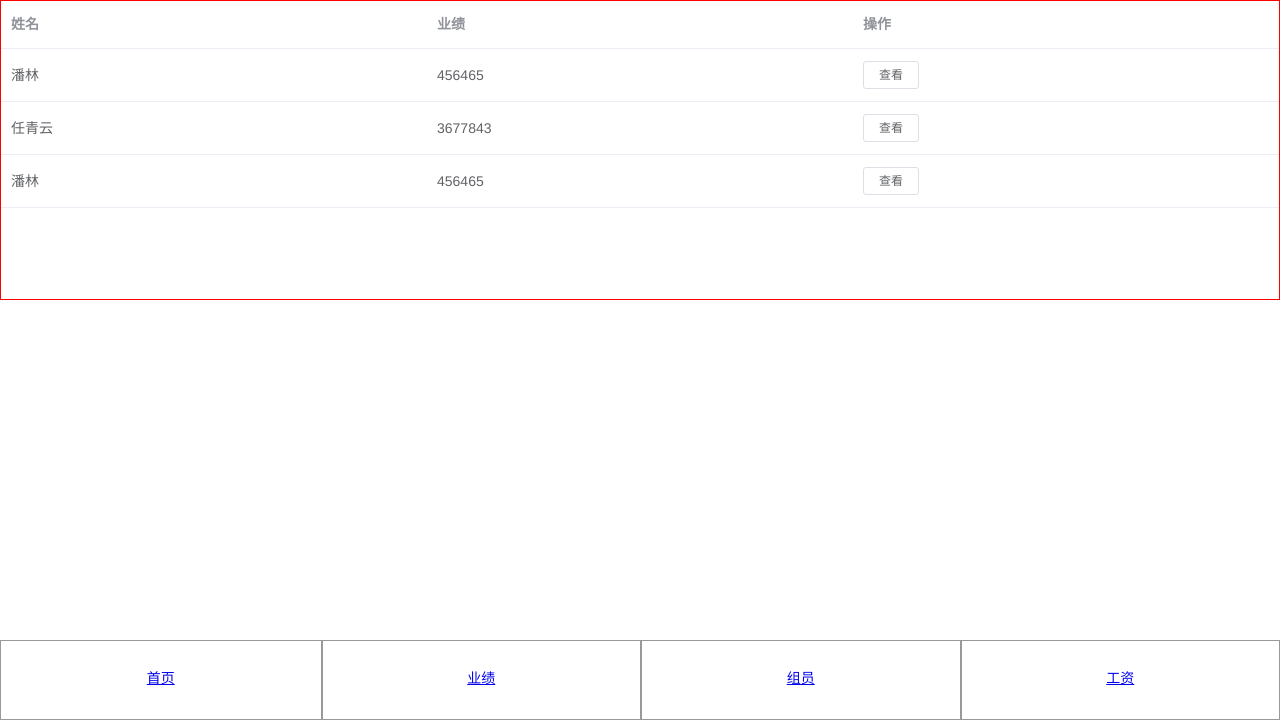
Repository: panlin520-team/lnmj-staffH5
Page: /#/performance
The author's editor kept a copy of each file at every save. The page is drawn from the files as they stood at one save, then again after a run of saves.
The browser window is 1280 px wide. The pictures show the whole page.
The project was rebuilt for these pictures with package versions that can differ from the ones it lists, and the page was loaded fresh each time. Also part of the build but not shown: src/views/Lojin.vue.

Above is the page before, as saved 2020-04-08 15:41:48.

### src/main.js
import Vue from 'vue'
import App from './App.vue'
import router from './router'
import store from './store'
import ElementUI from 'element-ui'
import '@/assets/scss/reset.less'
import 'element-ui/lib/theme-chalk/index.css';
Vue.use(ElementUI)


Vue.config.productionTip = false

new Vue({
  router,
  store,
  render: h => h(App)
}).$mount('#app')

### src/App.vue
<template>
  <div id="app">
    <router-view />
  </div>
</template>
<script>
export default {
  data() {
    return {
    };
  },
  created() {},
  methods: {
  }
};
</script>
<style lang="less">
</style>

### src/router/index.js
import Vue from 'vue'
import VueRouter from 'vue-router'
import Lojin from '../views/Lojin.vue'

Vue.use(VueRouter)

const routes = [
  //首页登录
  {
    path: '/',
    name: 'Lojin',
    component: Lojin
  },
  //首页登录
  {
    path: '/Lojin',
    name: 'Lojin',
    component: Lojin
  },
  //用户注册
  {
    path: '/register',
    name: 'Register',
    component: () => import('../views/Register.vue')
  },
  //用户忘记密码
  {
    path: '/forgetpassword',
    name: 'Forgetpassword',
    component: () => import('../views/Forgetpassword.vue')
  },
  //登录首页
  {
    path: '/homepage',
    name: 'Homepage',
    component: () => import('../views/Homepage.vue')
  },
  //业绩
  {
    path: '/performance',
    name: 'Performance',
    component: () => import('../views/Performance.vue')
  },
  //组员
  {
    path: '/crew',
    name: 'Crew',
    component: () => import('../views/Crew.vue')
  },
  //工资
  {
    path: '/salary',
    name: 'Salary',
    component: () => import('../views/Salary.vue')
  },
]

const router = new VueRouter({
  routes
})

export default router

### src/assets/scss/reset.less
* {
  margin: 0;
  padding: 0;
}

div {
  box-sizing: border-box;
  -webkit-tap-highlight-color: rgba(0, 0, 0, 0);
  // -webkit-user-select: none;
}

img {
  border: 0;
}

ul,
ol {
  list-style: none;
}

textarea {
  // 禁止调节文本域尺寸
  resize: none;
  outline-style: none;
  -webkit-appearance: none;
}

input,
button {
  outline-style: none;
  box-sizing: border-box;
  border: none;
}

// 输入框提示文本颜色设置
input::-moz-focus-inner {
  border: 0;
}

input::-webkit-input-placeholder {
  /* WebKit browsers */
  color: #BBB;
}

input::-moz-placeholder {
  /* Mozilla Firefox 19+ */
  color: #BBB;
}

input:-ms-input-placeholder {
  /* Internet Explorer 10+ */
  color: #BBB;
}

html,
body {
  width: 100%;
  height: 100%;
}

body {
  background-color: #ffffff;
  font-family: "Helvetica Neue", Helvetica, "PingFang SC", "Hiragino Sans GB", "Microsoft YaHei", "微软雅黑", Arial, sans-serif;
  font-size: 14px;
  color: #101010;
}

#app {
  position: relative;
  width: 100%;
  height: 100%;
}

// 滚动条尺寸
div::-webkit-scrollbar {
  width: 10px;
  height: 10px;
}

// 滚动条内部方块
// div::-webkit-scrollbar-thumb {
//   border-radius: 10px;
//   box-shadow: inset 0 0 5px rgba(0, 0, 0, 0.2);
//   background: #52BD3A;
// }

// 滚动条轨道
// div::-webkit-scrollbar-track {
//   box-shadow: inset 0 0 5px rgba(0, 0, 0, 0.2);
//   border-radius: 10px;
//   background: rgba(0, 0, 0, 0.1);
// }

.topBand {
  width: 100%;
  height: 80px;
  background: #23A547;
  display: flex;
  position: fixed;
  top: 0;
  left: 0;
  z-index: 100;
}

.container {
  display: flex;
  background: #ffffff;
  padding-top: 80px;
  z-index: 99;
  height: 100%;

  .aside {
    width: 200px;
    min-width: 200px;
    overflow: hidden;
    white-space: nowrap;
    text-overflow: ellipsis;
    position: fixed;
    top: 80px;
    bottom: 0;
    left: 0;
  }

  .main {
    flex: 1;

    &.active {
      padding-left: 200px;
    }
  }
}

.footer {
  height: 80px;
  background: #23A547;
}

.scrollX {
  overflow-x: auto;
  overflow-y: hidden;
}

.scrollY {
  overflow-x: hidden;
  overflow-y: auto;
  width: 100%;
}

.popPage {
  position: fixed;
  top: 0;
  left: 0;
  width: 100%;
  height: 100%;
  padding: 20px;
  z-index: 100;
  background-color: #ffffff;
}

.nowrap {
  overflow: hidden;
  white-space: nowrap;
  text-overflow: ellipsis;
}

.btn-pointer {
  cursor: pointer;
}

### src/views/Performance.vue
 <!--业绩-->
<template>
  <div class="performance">
    <div class="clienList">
      <el-table :data="tableData_enterpurchase" style="width: 100%">
        <el-table-column label="姓名">
          <template slot-scope="scope">
            <div slot="reference" class="name-wrapper">{{ scope.row.createOperator }}</div>
          </template>
        </el-table-column>
        <el-table-column label="业绩">
          <template slot-scope="scope">
            <div slot="reference" class="name-wrapper">{{ scope.row.outStorageNumber }}</div>
          </template>
        </el-table-column>
        <!-- <el-table-column label="采购订单号">
          <template slot-scope="scope">
            <span>{{ scope.row.outStorageNumber }}</span>
        </template>-->
        <el-table-column label="操作">
          <template slot-scope="scope">
            <el-button size="mini" @click="showPopOver(scope.row)">查看</el-button>
          </template>
        </el-table-column>
      </el-table>
    </div>
    <!-- 底部导航 -->
    <div class="switchoverBtn">
      <Btnnavigation></Btnnavigation>
    </div>
  </div>
</template>

<script>
//引入模块
import Btnnavigation from "@/components/Btnnavigation.vue";
export default {
  name: "performance",
  components: { Btnnavigation },
  data() {
    return {
      //业绩数据
      tableData_enterpurchase: [
        {
          createOperator: "潘林",
          outStorageNumber: "456465"
        },
        {
          createOperator: "任青云",
          outStorageNumber: "3677843"
        },
        {
          createOperator: "潘林",
          outStorageNumber: "456465"
        }
      ]
    };
  },
  created() {},
  methods: {
    //
    showPopOver() {}
  }
};
</script>

<style lang="less" scoped>
.performance {
  width: 100%;
  height: 100%;
  position: relative;
  .clienList {
    width: 100%;
    height: 300px;
    border: 1px solid red;
  }
  .switchoverBtn {
    position: absolute;
    bottom: 0;
    width: 100%;
    height: 80px;
    z-index: 999;
  }
}
</style>

### src/components/Btnnavigation.vue
 <!--底部导航-->
<template>
  <div class="btnnavigation">
    <!-- <div class="somenavigation">
      <div class="navitnew">
      <router-link to="/homepage">首页</router-link>
      </div>
    </div>-->
    <router-link class="somenavigation" to="/homepage">
      <div class="navitnew">首页</div>
    </router-link>

    <div class="somenavigation">
      <div class="navitnew">
        <router-link to="/Performance">业绩</router-link>
      </div>
    </div>
    <div class="somenavigation">
      <div class="navitnew">
        <router-link to="/crew">组员</router-link>
      </div>
    </div>
    <div class="somenavigation">
      <div class="navitnew">
        <router-link to="/salary">工资</router-link>
      </div>
    </div>
  </div>
</template>

<script>
export default {
  name: "btnnavigation",
  components: {},
  data() {
    return {};
  },
  created() {},
  methods: {}
};
</script>

<style lang="less" scoped>
.btnnavigation {
  width: 100%;
  height: 100%;
  display: flex;
  .somenavigation {
    width: 25%;
    border: 1px solid rgb(156, 152, 152);
    .navitnew {
      text-align: center;
      line-height: 75px;
    }
  }
}
</style>

Loaded but not shown: public/index.html (common file); src/store/index.js (common file)

After the next 6 saves:
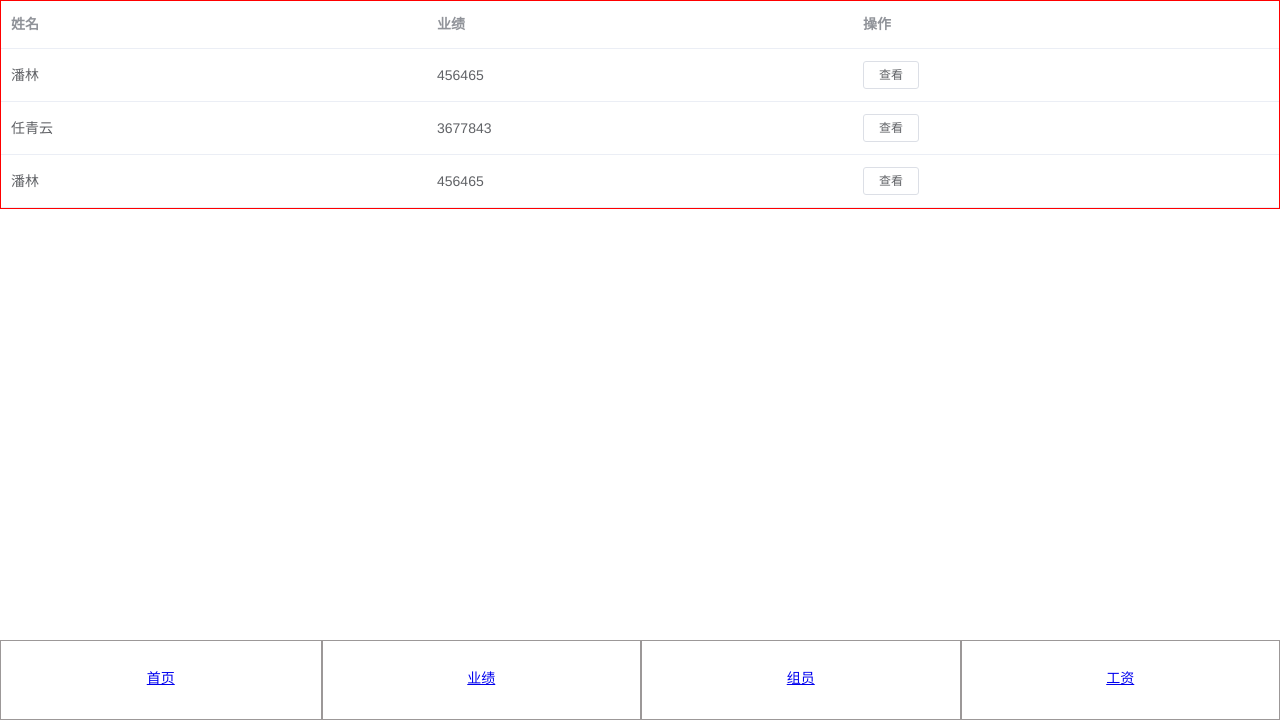
The 6 saves are shown as one change because they came seconds apart.
The last was saved 35 s later.
--- a/src/views/Performance.vue
+++ b/src/views/Performance.vue
@@ -71,7 +71,7 @@ export default {
   position: relative;
   .clienList {
     width: 100%;
-    height: 300px;
+    max-height: 480px;
     border: 1px solid red;
   }
   .switchoverBtn {
